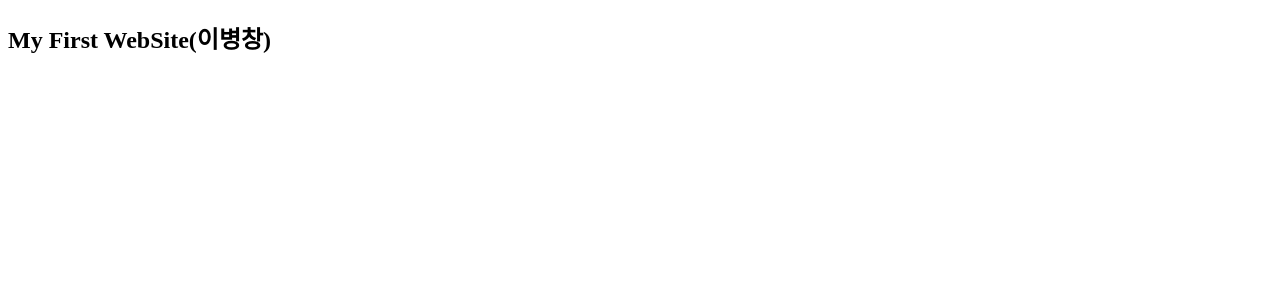
Repository: BC215/web-workspace
Page: 02_noDBProject/src/main/webapp/index.html
The author's editor kept a copy of each file at every save. The page is drawn from the files as they stood at one save, then again after the next save.
The browser window is 1280 px wide. The pictures show the whole page.

Above is the page before, as saved 2026-02-12 02:31:51.

### 02_noDBProject/src/main/webapp/index.html
<!DOCTYPE html>
<html>
<head>
<meta charset="UTF-8">
<title>Insert title here</title>
</head>
<body>
<h2>My First WebSite(이병창)</h2>

</body>
</html>

After the next save:
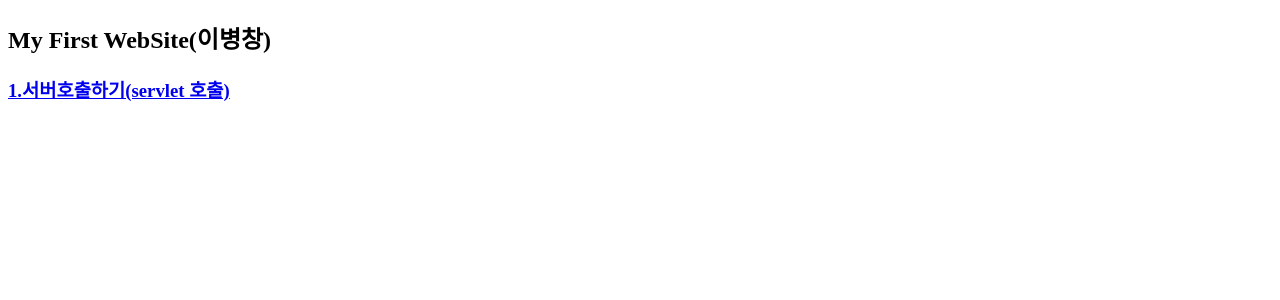
Saved 10 min 4 s later.
--- a/02_noDBProject/src/main/webapp/index.html
+++ b/02_noDBProject/src/main/webapp/index.html
@@ -6,6 +6,7 @@
 </head>
 <body>
 <h2>My First WebSite(이병창)</h2>
+<h3><a href="/request">1.서버호출하기(servlet 호출)</a></h3>
 
 </body>
 </html>
